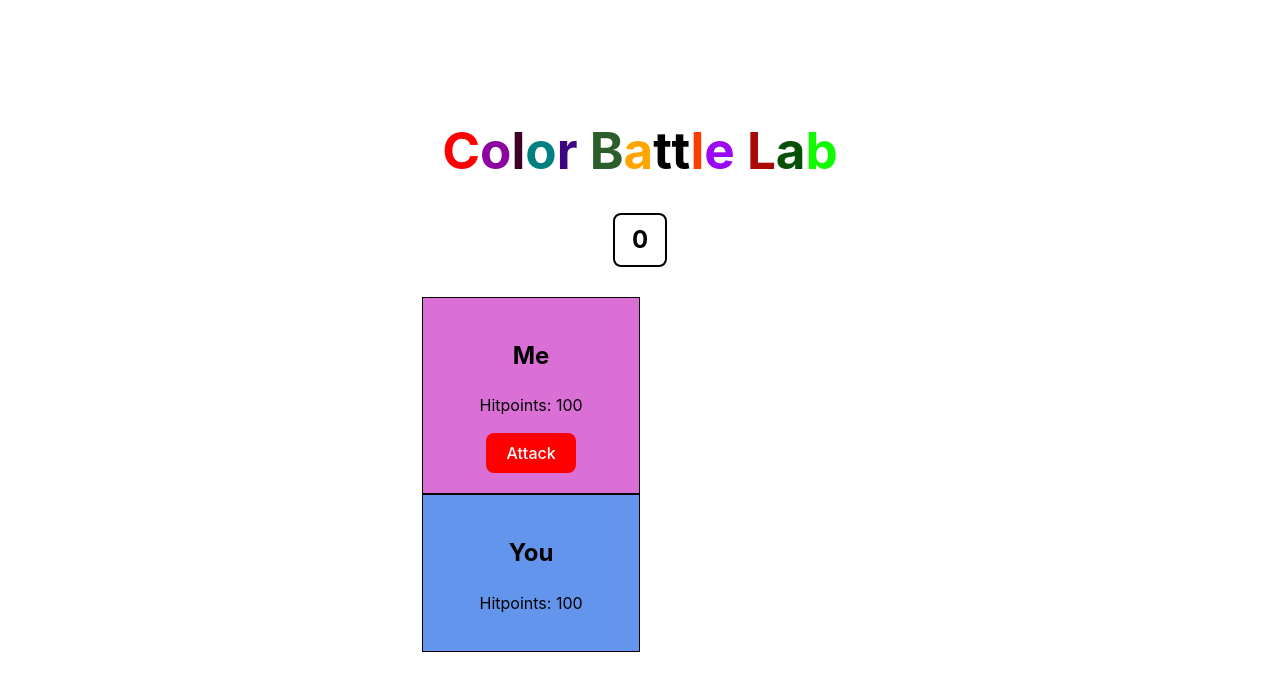
Repository: RAWdevX21/color-battle_lab-build
Page: /
The author's editor kept a copy of each file at every save. The page is drawn from the files as they stood at one save, then again after the next save.
The browser window is 1280 px wide. The pictures show the whole page.
The project was rebuilt for these pictures with package versions that can differ from the ones it lists, and the page was loaded fresh each time. Also part of the build but not shown: vite.config.js.

Above is the page before, as saved 2023-08-17 02:21:28.

### index.html
<!doctype html>
<html lang="en">
  <head>
    <meta charset="UTF-8" />
    <link rel="icon" type="image/svg+xml" href="/vite.svg" />
    <meta name="viewport" content="width=device-width, initial-scale=1.0" />
    <title>Color Battle</title>
  </head>
  <body>
    <div id="root"></div>
    <script type="module" src="/src/main.jsx"></script>
  </body>
</html>

### src/App.jsx
import { useState } from "react";
import GameBanner from "./Components/GameBanner";
import Player from "./Components/PlayerInfo";
import "./App.css";

export default function App() {
  const [player1, setPlayer1] = useState({
    name: "Me",
    color: "orchid",
    hitpoints: 100,
    turn: true
  });

  const [player2, setPlayer2] = useState({
    name: "You",
    color: "cornflowerblue",
    hitpoints: 100,
    turn: false
  });

  const [dice, setDice] = useState(0);

  const handleAttack = (attacker, defender, setAttacker, setDefender) => {
    const damage = Math.floor(Math.random() * 6) + 1;
    setDice(damage);

    const updatedDefender = {
      ...defender,
      hitpoints: defender.hitpoints - damage
    };
    const updatedAttacker = { ...attacker, turn: false };

    setDefender(updatedDefender);
    setAttacker(updatedAttacker);

    // Switch turns
    if (attacker === player1) {
      setPlayer2({ ...player2, turn: true });
    } else {
      setPlayer1({ ...player1, turn: true });
    }

    // Check for game over
    if (updatedDefender.hitpoints <= 0) {
      alert(`${attacker.name} wins!`);
      // Reset game or any other logic you want to add
    }
  };

  return (
    <>
      <div className="wrapper">
        <GameBanner damagePoints={dice} />

        <div className="players-container">
          <div className="player-wrapper">
            <Player
              player={player1}
              onAttack={() =>
                handleAttack(player1, player2, setPlayer1, setPlayer2)
              }
            />
          </div>
          <div className="player-wrapper">
            <Player
              player={player2}
              onAttack={() =>
                handleAttack(player2, player1, setPlayer2, setPlayer1)
              }
            />
          </div>
        </div>
      </div>
    </>
  );
}

### src/index.css
:root {
  font-family: Inter, system-ui, Avenir, Helvetica, Arial, sans-serif;
  line-height: 1.5;
  font-weight: 400;

  color-scheme: light dark;
  background-color: #242424;

}

a {
  font-weight: 500;
  /* color: #646cff; */
  text-decoration: inherit;
}
a:hover {
  /* color: #535bf2; */
}

body {
  margin: 0;
  display: flex;
  place-items: center;
  min-width: 320px;
  min-height: 100vh;
}

h1 {
  font-size: 3.2em;
  line-height: 1.1;
}

button {
  border-radius: 8px;
  border: 1px solid transparent;
  padding: 0.6em 1.2em;
  font-size: 1em;
  font-weight: 500;
  font-family: inherit;
  background-color: #1a1a1a;
  cursor: pointer;
  transition: border-color 0.25s;
}
button:hover {
  border-color: #646cff;
}
button:focus,
button:focus-visible {
  outline: 4px auto -webkit-focus-ring-color;
}

@media (prefers-color-scheme: light) {
  :root {
    background-color: #ffffff;
  }
  a:hover {
    color: #747bff;
  }
  button {
    background-color: #f9f9f9;
  }
}

### src/Components/GameBanner.jsx
import './GameBanner.css';
import Die from "./Die";

const GameBanner = ({ damagePoints }) => {
    return (
      <div className="banner">
        <h1>
          <span className="banner--c">C</span>
          <span className="banner--o">o</span>
          <span className="banner--l">l</span>
          <span className="banner--o2">o</span>
          <span className="banner--r">r</span>
          &nbsp;
          <span className="banner--b">B</span>
          <span className="banner--a">a</span>
          <span className="banner--t">t</span>
          <span className="banner--t">t</span>
          <span className="banner--l2">l</span>
          <span className="banner--e">e</span>
          &nbsp;
          <span className="banner--l3">L</span>
          <span className="banner--a2">a</span>
          <span className="banner--b2">b</span>
        </h1>
        <div className="damage-points">
          <Die value={damagePoints} />
        </div>
      </div>
    );
}

export default GameBanner;

### src/Components/PlayerInfo.jsx
import "./PlayerInfo.css";

const Player = ({ player, onAttack }) => {
  return (
    <div className="player" style={{ backgroundColor: player.color }}>
      <h2>{player.name}</h2>
      <p>Hitpoints: {player.hitpoints}</p>
      {player.turn && (
        <button className="attack-button" onClick={onAttack}>
          Attack
        </button>
      )}
    </div>
  );
};

export default Player;

### src/Components/GameBanner.css
.banner {
    text-align: center;
    padding: 20px;
    background-color: #ffffff;
    color: black;
}

.damage-points {
    margin-top: 10px;
    font-size: 6rem;
}

.banner h1 span.banner--c { color: red; }
.banner h1 span.banner--o { color: rgb(140, 4, 158); }
.banner h1 span.banner--l { color: rgb(60, 1, 38); }
.banner h1 span.banner--o2 { color: teal; }
.banner h1 span.banner--r { color: rgb(62, 5, 131); }
.banner h1 span.banner--b { color: rgb(43, 94, 43); }
.banner h1 span.banner--a { color: orange; }
.banner h1 span.banner--t { color: black; }
.banner h1 span.banner--l2 { color: rgb(255, 60, 0); }
.banner h1 span.banner--e { color: rgb(153, 7, 245); }
.banner h1 span.banner--l3 { color: rgb(172, 8, 8); }
.banner h1 span.banner--a2 { color: rgb(8, 80, 8); }
.banner h1 span.banner--b2 { color: rgb(17, 250, 1); }

### src/Components/Die.jsx
import "./Die.css";

const Die = ({ value }) => {
  return <div className="die-container">{value}</div>;
};

export default Die;

### src/Components/PlayerInfo.css
.player {
    padding: 20px;
    border: 1px solid black;
    width: 50%;
    box-sizing: border-box;
    background-color: #f5f5f5;
}

.attack-button {
    padding: 10px 20px;
    background-color: red;
    color: white;
    border: none;
    cursor: pointer;
}

### src/Components/Die.css
.die {
    text-align: center;
    font-size: 20px;
    margin-top: 20px;
}

.die-container {
    width: 50px;
    height: 50px;
    border: 2px solid black;
    border-radius: 8px;
    display: flex;
    align-items: center;
    justify-content: center;
    font-size: 24px;
    font-weight: bold;
    margin: 10px auto;
}

Loaded but not shown: src/main.jsx (common file); src/App.css (common file)

After the next save:
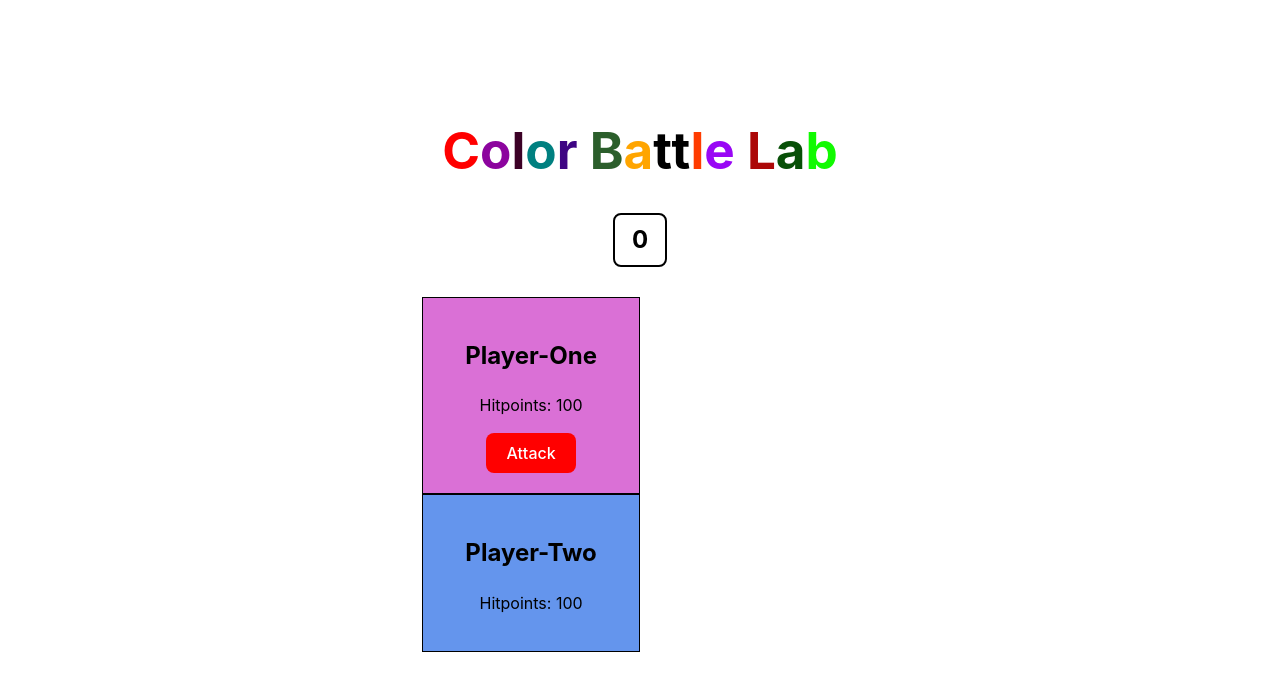
Saved 5 min 28 s later.
--- a/src/App.jsx
+++ b/src/App.jsx
@@ -5,14 +5,14 @@ import "./App.css";
 
 export default function App() {
   const [player1, setPlayer1] = useState({
-    name: "Me",
+    name: "Player-One",
     color: "orchid",
     hitpoints: 100,
     turn: true
   });
 
   const [player2, setPlayer2] = useState({
-    name: "You",
+    name: "Player-Two",
     color: "cornflowerblue",
     hitpoints: 100,
     turn: false
